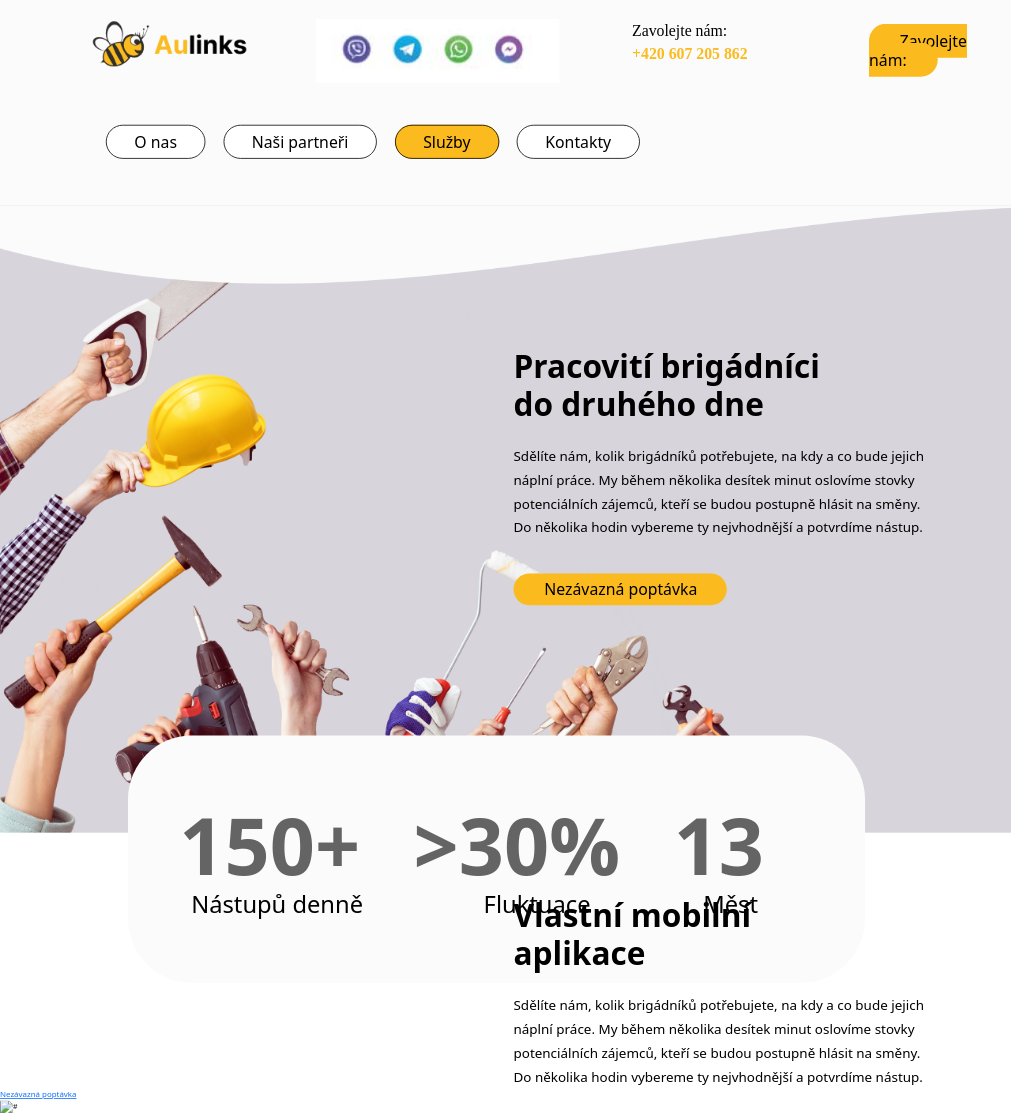
Repository: bilday08/aulinks
Page: index.html
These files come from the project's save history. The page is drawn as it stood at one moment and after the next save; the edit follows.
The browser window is 1280 px wide. The pictures show the whole page, at 79% of full size.
Some web fonts or font styles are not loaded; a fallback is used.

Above is the page before, as saved 2022-12-07 15:21:42.
Not found: images/3.png

After the next save:
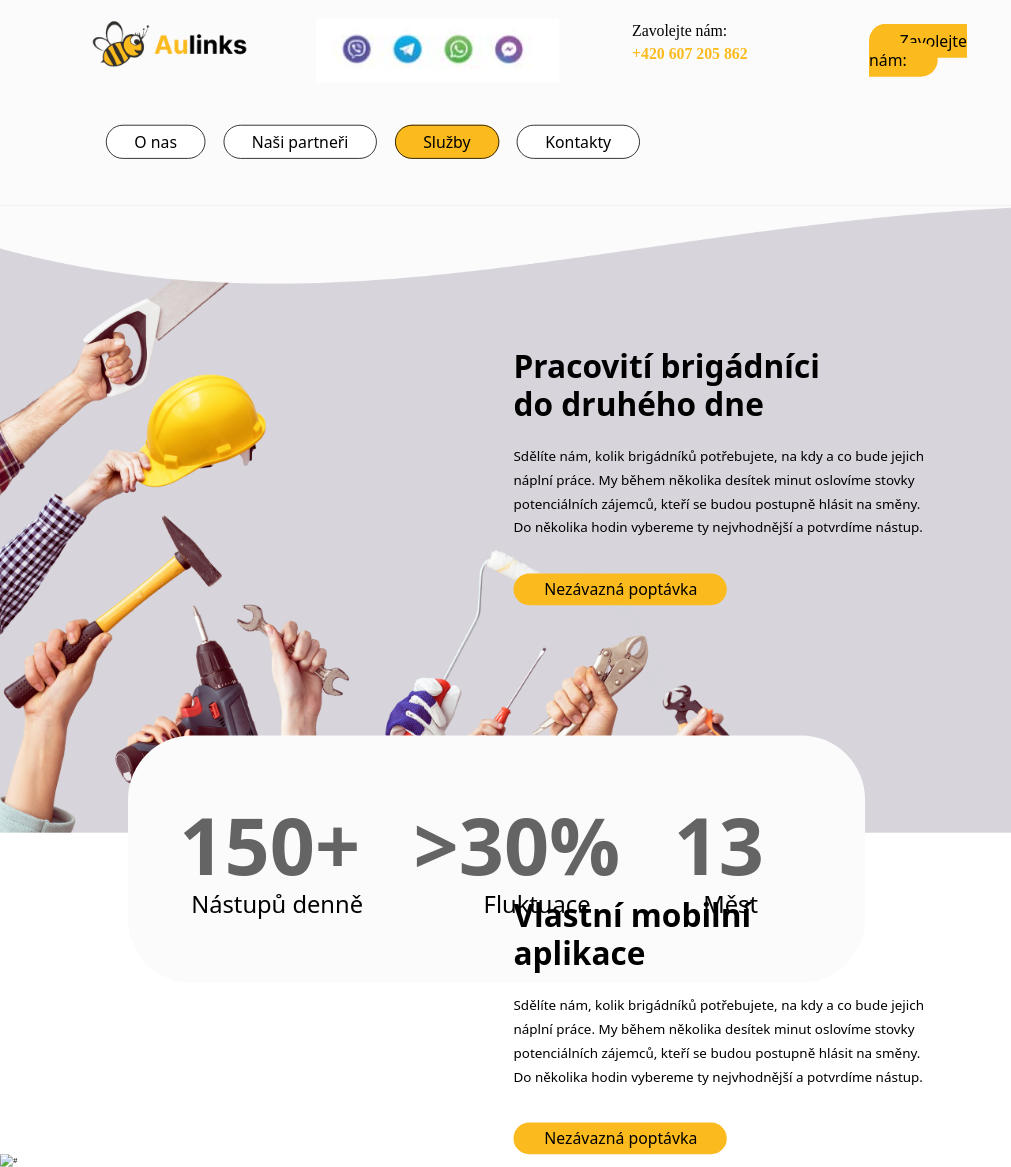
Saved 17 s later.
--- a/index.html
+++ b/index.html
@@ -97,7 +97,7 @@
                         kteří se budou postupně hlásit na směny. Do několika hodin vybereme ty nejvhodnější
                         a potvrdíme nástup.
                     </div>
-                    <a href="#" class="service-button--first">Nezávazná poptávka</a>
+                    <a href="#" class="main_button">Nezávazná poptávka</a>
                     <div class="service-images">
                         <img srcset="./images/3.png 2x" alt="#" class="service-images--first"/>
                     </div>
